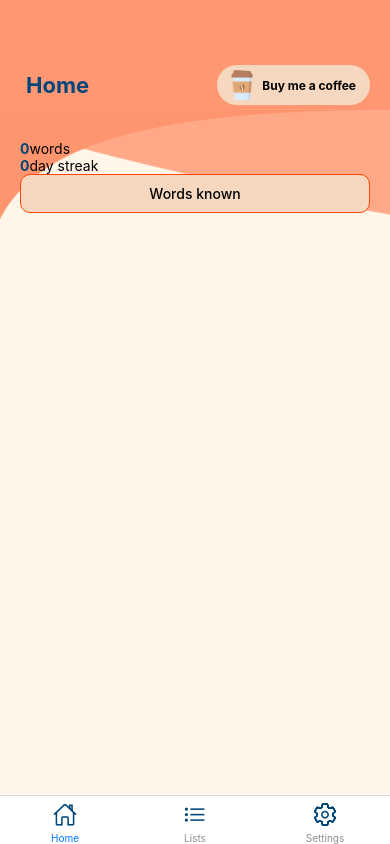
Repository: David-Waite/SpellingApp
Screen: /
These files come from the project's save history. The screen is drawn as it stood at one moment and after the next save; the edit follows.
The app was drawn by React Native's web renderer in a window 390 px wide. The project was rebuilt for these pictures with package versions that can differ from the ones it lists, and the page was loaded fresh each time. Also part of the build but not shown: screens/Settings.js, screens/SpellWord.js, screens/WordsLearnt.js, screens/WordListOverview.js, screens/WordLists.js, screens/Donate.js.

Above is the screen before, as saved 2023-06-22 22:22:27.

### App.js
import { NavigationContainer } from "@react-navigation/native";
import { StatusBar } from "expo-status-bar";
import { StyleSheet } from "react-native";
import { Ionicons } from "@expo/vector-icons";

import Home from "./screens/Home";
import Settings from "./screens/Settings";
import SpellWord from "./screens/SpellWord";
import WordsLearnt from "./screens/WordsLearnt";
import WordListOverview from "./screens/WordListOverview";
import WordLists from "./screens/WordLists";
import Donate from "./screens/Donate";

import { createStackNavigator } from "@react-navigation/stack";
import { createBottomTabNavigator } from "@react-navigation/bottom-tabs";
import { GlobalStyles } from "./constants/styles";

import CoffeeBtn from "./components/ui/CoffeeBtn";

const BottomTabs = createBottomTabNavigator();
const Stack = createStackNavigator();

function BottomTabsScreens() {
  return (
    <BottomTabs.Navigator>
      <BottomTabs.Screen
        name="Home"
        component={Home}
        headerShadowVisible={false}
        options={({ navigation }) => ({
          headerRight: () => (
            <CoffeeBtn
              onPress={() => {
                navigation.navigate("Donate");
              }}
            />
          ),
          title: "Home",
          tabBarLabel: "Home",
          headerTitleAlign: "left",
          headerShadowVisible: false,
          headerTitleStyle: {
            color: GlobalStyles.colors.accent500,
            fontSize: 22,
            marginLeft: 10,
            fontWeight: 700,
            marginBottom: -60,
          },
          headerStyle: {
            backgroundColor: GlobalStyles.colors.primary400,
            height: 110,
          },

          tabBarIcon: ({ color, size }) => (
            <Ionicons
              name="home-outline"
              size={size}
              color={GlobalStyles.colors.accent500}
            />
          ),
        })}
      />
      <BottomTabs.Screen
        name="WordLists"
        component={WordLists}
        options={{
          title: "Word Lists",
          tabBarLabel: "Lists",
          tabBarIcon: ({ color, size }) => (
            <Ionicons
              name="list-outline"
              size={size}
              color={GlobalStyles.colors.accent500}
            />
          ),
        }}
      />
      <BottomTabs.Screen
        name="Settings"
        component={Settings}
        options={{
          title: "Settings",
          tabBarLabel: "Settings",
          tabBarIcon: ({ color, size }) => (
            <Ionicons
              name="settings-outline"
              size={size}
              color={GlobalStyles.colors.accent500}
            />
          ),
        }}
      />
    </BottomTabs.Navigator>
  );
}
export default function App() {
  return (
    <>
      <StatusBar style="light" />
      <NavigationContainer>
        <Stack.Navigator>
          <Stack.Screen
            name="BottomTabsScreen"
            component={BottomTabsScreens}
            options={{ headerShown: false }}
          />
          <Stack.Screen
            name="WordsLearnt"
            component={WordsLearnt}
            options={{ presentation: "modal" }}
          />
          <Stack.Screen name="WordListOverview" component={WordListOverview} />
          <Stack.Screen
            name="SpellWord"
            component={SpellWord}
            options={{ presentation: "modal" }}
          />
          <Stack.Screen
            name="Donate"
            component={Donate}
            options={{ presentation: "modal" }}
          />
        </Stack.Navigator>
      </NavigationContainer>
    </>
  );
}

const styles = StyleSheet.create({
  container: {
    flex: 1,
    backgroundColor: "#fff",
    alignItems: "center",
    justifyContent: "center",
  },
});

### screens/Home.js
import { ImageBackground, Text, View } from "react-native";
import { Dimensions } from "react-native";

import { StyleSheet } from "react-native";
import { GlobalStyles } from "../constants/styles";

import WordsLearntCard from "../components/ui/WordsLearntCard";
import StatBtn from "../components/ui/Home/StatBtn";

const windowWidth = Dimensions.get("window").width;
const windowHeight = Dimensions.get("window").height;
const imageHeight = windowWidth / 3.5;

function Home({ navigation }) {
  return (
    <View style={styles.imageContainer}>
      <ImageBackground
        style={styles.ImageBackground}
        source={require("../images/SpellingAppHeaderBackground.png")}
      >
        <View style={styles.container}>
          <View>
            <StatBtn stat={0} text="words" />
            <StatBtn stat={0} text="day streak" />
          </View>
          <WordsLearntCard navigation={navigation} />
        </View>
      </ImageBackground>
    </View>
  );
}

export default Home;

const styles = StyleSheet.create({
  imageContainer: {
    flex: 1,
    backgroundColor: GlobalStyles.colors.background,
  },
  statContainer: {
    flexDirection: "row",
  },
  container: {
    padding: 20,
    paddingTop: 30,
  },
  ImageBackground: {
    resizeMode: "contain",
    width: windowWidth,
    height: imageHeight,
  },
});

### constants/styles.js
export const GlobalStyles = {
  colors: {
    background: "#FFF6E9",
    primary50: "#FFF0E5",
    primary100: "#F6D7BF",
    primary100Dark: "#c7ad99",
    primary300: "#FFA989",
    primary400: "#FF9872",
    primary500: "#FF946E",
    primary800: "#FF4400",
    accent500: "#00467B",
    success500: "#0A8900",
    error500: "#FF0000",
  },
};

### components/ui/CoffeeBtn.js
import { Image } from "react-native";
import { StyleSheet } from "react-native";
import { Pressable } from "react-native";
import { View, Text } from "react-native";
import { GlobalStyles } from "../../constants/styles";

function CoffeeBtn({ onPress }) {
  return (
    <Pressable
      onPress={onPress}
      style={({ pressed }) => [styles.conatiner, pressed && styles.pressed]}
    >
      <View style={styles.layoutConatiner}>
        <Image
          style={styles.coffee}
          source={require("../../images/coffee-cup.png")}
        />
        <Text style={styles.text}>Buy me a coffee</Text>
      </View>
    </Pressable>
  );
}

export default CoffeeBtn;

const styles = StyleSheet.create({
  conatiner: {
    backgroundColor: GlobalStyles.colors.primary100,
    borderRadius: 20,
    paddingLeft: 10,
    paddingRight: 14,
    paddingVertical: 5,
    marginRight: 20,
    marginBottom: -60,
  },
  layoutConatiner: {
    flexDirection: "row",
    alignItems: "center",
    gap: 5,
  },
  text: {
    fontSize: 12,
    fontWeight: 700,
  },
  coffee: {
    width: 30,
    height: 30,
  },
  pressed: {
    backgroundColor: GlobalStyles.colors.primary100Dark,
    borderRadius: 20,
  },
});

### components/ui/WordsLearntCard.js
import { Text, StyleSheet } from "react-native";

import { GlobalStyles } from "../../constants/styles";
import { Pressable } from "react-native";
import { View } from "react-native";

function WordsLearntCard({ navigation }) {
  return (
    <Pressable onPress={() => navigation.navigate("WordsLearnt")}>
      <View style={styles.container}>
        <Text style={styles.WordsKnownText}>Words known</Text>
      </View>
    </Pressable>
  );
}

export default WordsLearntCard;

const styles = StyleSheet.create({
  container: {
    backgroundColor: GlobalStyles.colors.primary100,
    paddingHorizontal: 10,
    paddingVertical: 10,
    borderRadius: 10,
    borderColor: GlobalStyles.colors.primary800,
    borderWidth: 1,
  },
  WordsKnownText: {
    textAlign: "center",
    fontWeight: "500",
  },
  pressed: {
    opacity: 0.75,
  },
});

### components/ui/Home/StatBtn.js
import { StyleSheet } from "react-native";
import { Text, View } from "react-native";
import { GlobalStyles } from "../../../constants/styles";

function StatBtn({ stat, text }) {
  return (
    <View style={styles.container}>
      <Text style={styles.stat}>{stat}</Text>
      <Text style={styles.text}>{text}</Text>
    </View>
  );
}

export default StatBtn;

const styles = StyleSheet.create({
  container: {
    flexDirection: "row",

    borderRadius: 10,
  },
  stat: {
    color: GlobalStyles.colors.accent500,
    fontWeight: "bold",
  },
  text: {
    color: "black",
  },
});

After the next save:
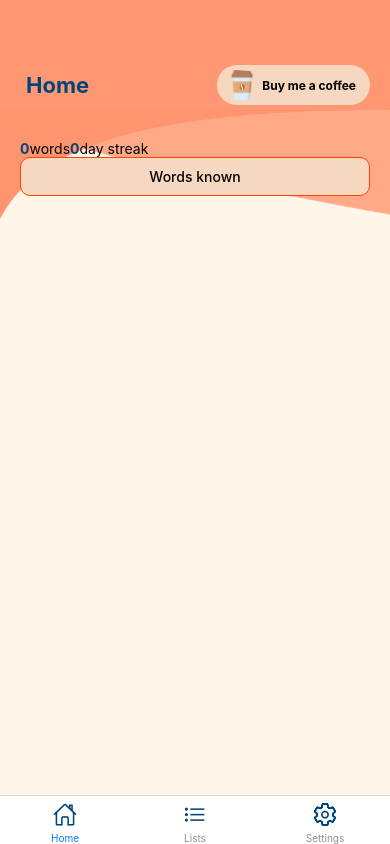
Saved 9 s later.
--- a/screens/Home.js
+++ b/screens/Home.js
@@ -19,7 +19,7 @@ function Home({ navigation }) {
         source={require("../images/SpellingAppHeaderBackground.png")}
       >
         <View style={styles.container}>
-          <View>
+          <View style={styles.statContainer}>
             <StatBtn stat={0} text="words" />
             <StatBtn stat={0} text="day streak" />
           </View>
